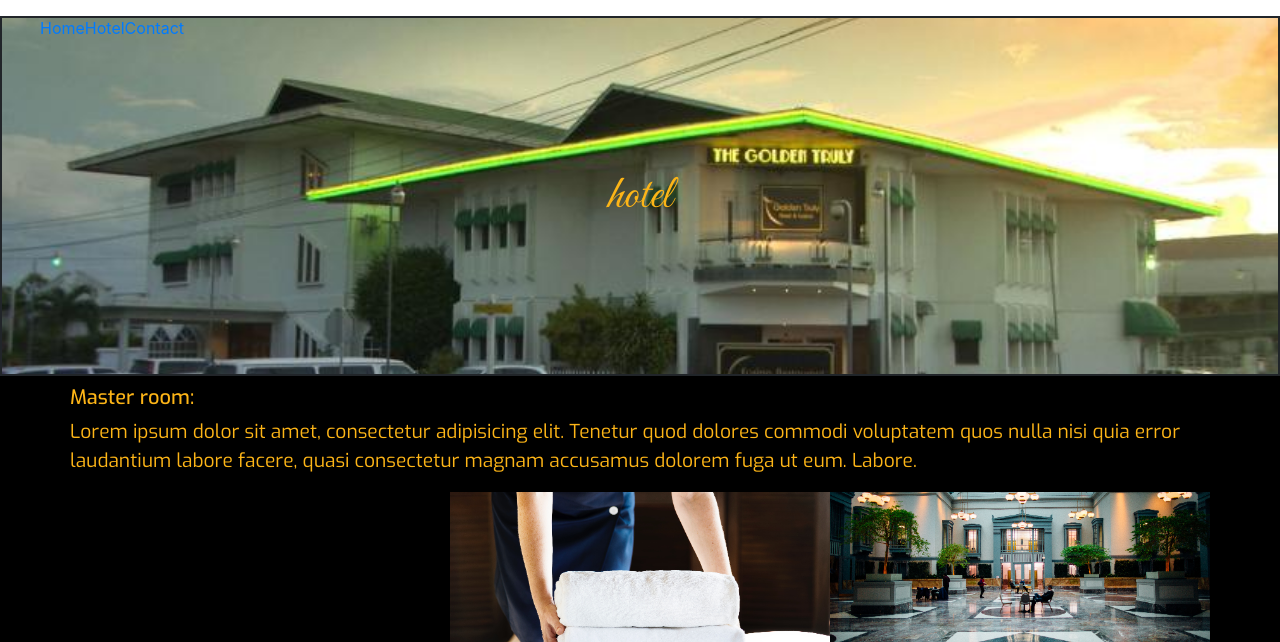
Repository: Code-Institute-Submissions/anthonycaf-Milestone1
Page: hotel.html
The author's editor kept a record of every edit. The page is drawn from the files as they stood at one moment, then again after the next edit.
The browser window is 1280 px wide. The pictures show the part of the page from y = 0 to 642 px (the page is 1242 px tall).
Pictures or frames that could not be fetched are drawn as grey boxes.

Above is the page before.

### hotel.html
<!DOCTYPE html>
<html lang="en">
<head>
    <meta charset="UTF-8">
    <meta name="viewport" content="width=device-width, initial-scale=1.0">
    <meta http-equiv="X-UA-Compatible" content="ie=edge">
    <!--             links/bootstrap/fontawsome    -->
    <link rel="stylesheet" href="https://stackpath.bootstrapcdn.com/font-awesome/4.7.0/css/font-awesome.min.css" type="text/css" />
    <link rel="stylesheet" href="https://stackpath.bootstrapcdn.com/bootstrap/4.3.1/css/bootstrap.min.css" type="text/css" />
    <!--             main/css                      -->
    <link rel="stylesheet" href="./css/style.css" type="text/css" />
    <title>Golden Truly Hotel</title>
</head>
<body>
        <header>
            <nav class="nav-bar">
                <ul class="nav-bar-menu">
                    <li class="nav-bar-item"><a href="index.html">Home</a></li>
                    <li class="nav-bar-item"><a href="hotel.html">Hotel</a></li>
                    <li class="nav-bar-item"><a href="contact.html">Contact</a></li>
                </ul>
            </nav>
             <div class="bg-image-title">
                <a href="index.html" class="img"></a>
                <h1 class="uppercase text-center" id="title">hotel</h1>
            </div>
        </header>
        <main>
       <div class="container">
           <div class="row now gutters">
               <h5 class="uppercase text-center">Master room:</h5>
               <p>Lorem ipsum dolor sit amet, consectetur adipisicing elit.
               Tenetur quod dolores commodi voluptatem quos nulla nisi quia
               error laudantium labore facere, quasi consectetur magnam accusamus
               dolorem fuga ut eum. Labore.</p>
               <div class="col-4 bg-img-size">
                <a href="index.html" class="master-img1"></a></div>
                <div class="master-img2 col-4 bg-img-size">
                 <a href="hotel.html" class="master-img2"></a></div>
                 <div class="master-img3 col-4 bg-img-size">
                  <a href="hotel.html" class=" "></a></div>
           </div>
       </div>
       <iframe src="https://www.google.com/maps/embed?pb=!1m18!1m12!1m3!1d132.6126250824891!2d-55.1378490964076!3d5.854878623899481!2m3!1f270!2f39.52737709842546!3f0!3m2!1i1024!2i768!4f35!3m3!1m2!1s0x8d083562dc0f800b%3A0x19fa7578782730f6!2sThe%20Golden%20Truly%20Hotel%20%26%20Casino!5e1!3m2!1sen!2snl!4v1567942632494!5m2!1sen!2snl"
       ></iframe>
       </main>
         <footer class="container-fluid">
    <div id="footer-details" class="row">
     <div class="col-sm-4">
      <h5 class="uppercase general-sub">Opening hours</h5>
      <p class="inline-block">
       Lorem ipsum dolor sit amet, consectetur adipisicing elit. Explicabo, fugiat.
      </p>
     </div>
     <div class="col-sm-4">
       <h5 class="uppercase general-sub"> <a href="assets/cv/sample-cv.pdf" target="_blank" class="cv-pdf">
        <i class="fa fa-map marker alt" aria-hidden="true"></i>
        <span class="sr-only">Map link.</span>
       </a>Location</h5>
       <p class="inline-block">Jozef Israelstraat 43<br>
           PO Box 13575<br>
           Paramaribo, Suriname<br>
              South America<br>
            PHONE (597) 454249<br>
              FAX (597) 457117
 </p>

     </div>
     <div class="col-sm-4">
       <h5 class="uppercase general-sub">Social</h5>
       <ul class="list-inline social-links">
           <li class="list-inline-item">
         <a href="#" target="_blank">
          <i class="fa fa-wifi" aria-hidden="true"></i>
          <span class="sr-only">wifi</span>
         </a>
        </li>
        <li class="list-inline-item">
         <a href="#" target="_blank">
          <i class="fa fa-linkedin" aria-hidden="true"></i>
          <span class="sr-only">Linkedin</span>
         </a>
        </li>

        <li class="list-inline-item">
         <a href="#" target="_blank">
          <i class="fa fa-facebook" aria-hidden="true"></i>
          <span class="sr-only">facebook</span>
         </a>
        </li>

        <li class="list-inline-item">
         <a href="#" target="_blank">
          <i class="fa fa-youtube" aria-hidden="true"></i>
          <span class="sr-only">youtube</span>
         </a>
        </li>
       </ul>
     </div>
    </div>
    </footer>


</body>
</html>

### css/style.css
 /*------------google-fonts----------*/

@import url('https://fonts.googleapis.com/css?family=Exo:100,200,300,400,500,600,700|Great+Vibes&display=swap:100,200,300,400,500,600,700');

body {
margin:0;

}
/*--------------color ---------------*/




/*------------- images --------------*/
.master-img1 {
 background-image: url(../images/master1.jpg);
}
.master-img2 {
  background-image: url(../images/housekeeping.jpg);
}
.master-img3 {
  background-image: url(../images/design-lobby-ceiling.jpg);
}
.suite-img1 {
 background-image: url(../images/suit1.jpg);
}
.suite-img2 {
 background-image: url(../images/suite2.jpg);
}
.suite-img3 {
 background-image: url(../images/suite3.jpg);
}

.bg-image-title {
   background: url("../images/golden-truly-hotel.jpg");
}
 /*------------main----------*/
 main {
     font-family: "Exo",sans-serif;
     font-size: 1.2em;
     width: 100%;
     background-color:
     #000000;
     color: #fdb517;
     margin: 0 auto;
    padding-top: 10px;

 }

 .bg-image-title {
    background-clip: border-box;
    background-position: center;
    background-repeat: no-repeat;
    background-size: cover;
    transition: all .5s ease-in-out;
    -moz-transition: all .5s ease-in-out;
    -webkit-transition: all .5s ease-in-out;
     height: 360px;
     border: 2px solid;
 }
 #title {
  color: #fdb517;
     font-family: "Great Vibes",sans-serif;
     font-size: 3em;
     text-align: center;
     padding-top: 150px;
 }
 #welcome {
   color: #fdb517;
     font-family: "Great Vibes",sans-serif;
     font-size: 2.5em;

 }
 .dl-list {
       max-width: 70%;
 }
   .section {
    padding-top: 10px;
    padding-bottom: 10px;
    margin: 0 auto;
    max-width: 70%;
   }

  /*-----------main nav-bar----------*/
#nav-bar {
  list-style-type: none;
  margin: 0;
  padding: 0;
  overflow: hidden;
  background-color: #000;
}

.nav-bar-item {
  float: left;
}

.nav-bar-item .nav-link-item {
  display: inline-block;
  color: #fdb517;
  text-align: center;
  padding: 14px 16px;
  text-decoration: none;
}

.nav-bar-item .nav-link-item:hover {
  background-color: #fdb517;
 color: #000000;
 border-radius: 3px;
 transition: all .8s ease-in-out;
}
.nav-bar-item {
  display: inline-block;
}


dd {
    color: #fafafa;
}
/*.room-services {
   margin-bottom: 0px;
    border-bottom-width: 20px;
    padding-bottom: 40px;
}
 */
 /*----------------iframe -----------*/

iframe {
 width: 100%;
 height: 360px;
 border: none;
 margin: 0;
}
 /*-----------main footer----------*/

 .container-fluid {
  background-color: #000000;
  color: #fdb517;

 }

 footer {
    background-color: #525252;
    color: #fafafa;
    min-height: 120px;
    margin: 0;
    padding: 0;
}

.social-links {
    padding-bottom: 15px;
}
.social-links li a i {
    width: 32px;
    height: 32px;
    padding: 12px 0;
    border-radius: 50%;
    font-size: 13px;
    line-height: 7px;
    text-align: center;
    color: #fafafa;
    background-color: #8f8f8f;
     transition: all 0.35s ease-in-out;
    -moz-transition: all 0.35s ease-in-out;
    -webkit-transition: all 0.35s ease-in-out;
    -o-transition: all 0.35s ease-in-out;
}
.social-links li a i:hover {
    background: #fdb517;
}
#footer-details {
    padding:20px;
}
/*-----------hotel.html----------*/
.bg-img-size {
  background-clip: border-box;
    background-position: center;
    background-repeat: no-repeat;
    background-size: cover;
  width: 33.3%;
  height: 150px;
}


/*   contact.html/form    */
.contact-heading, .contact-thanks {
    font-family: "Great Vibes", sans-serif;
    font-weight: 300;
    margin-top: 25px;
    margin-bottom: 20px;

}
form {
    padding-top: 10px;
    margin: 0 auto;
    max-width: 70%;
}
button[type="submit"] {
    margin-top: 15px;
    margin-bottom: 20px;
    color: #fdb517;
    background-color: #000000;

}
/*-------------------------------------Media queries*/

@media(min-width: 992px) {
   .center-form {
    padding-top: 30px;
    min-height: 240px;
    margin: 0 auto;
    max-width: 50%;
}
.section {
    padding-top: 30px;
    padding-bottom: 30px;
    margin: 0 auto;
    max-width: 70%;
   }
   .dl-list {
       max-width: 70%;
   }
}

After the next edit:
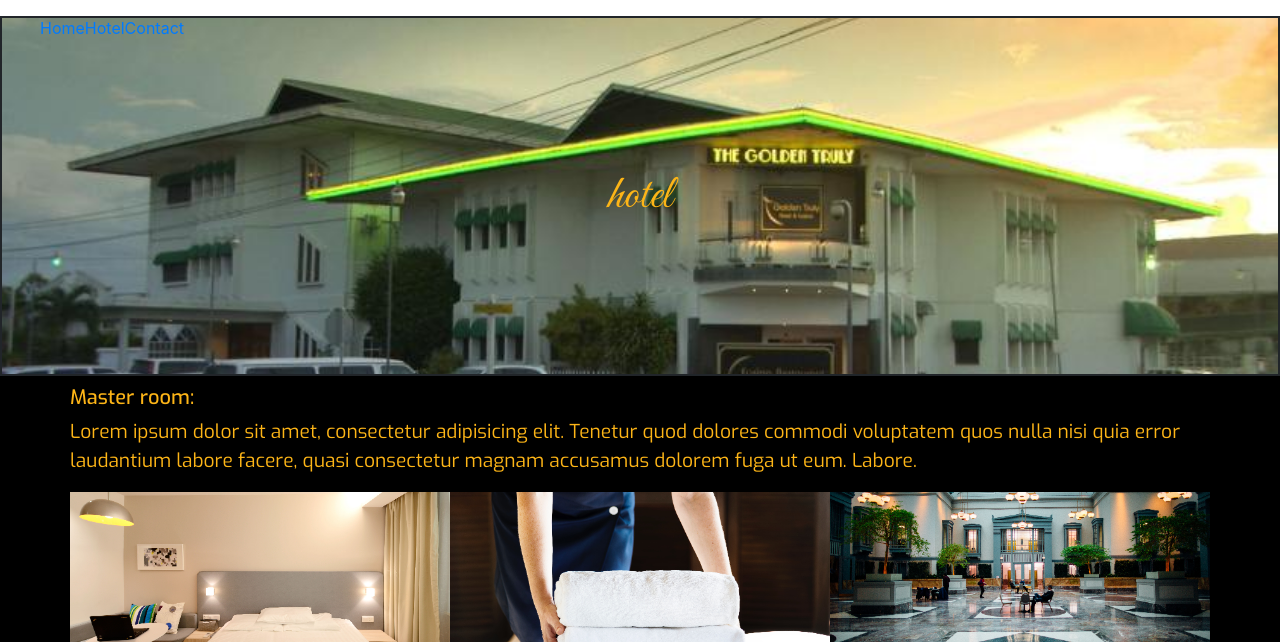
The edit:
--- a/hotel.html
+++ b/hotel.html
@@ -33,7 +33,7 @@
                Tenetur quod dolores commodi voluptatem quos nulla nisi quia
                error laudantium labore facere, quasi consectetur magnam accusamus
                dolorem fuga ut eum. Labore.</p>
-               <div class="col-4 bg-img-size">
+               <div class="master-img1 col-4 bg-img-size">
                 <a href="index.html" class="master-img1"></a></div>
                 <div class="master-img2 col-4 bg-img-size">
                  <a href="hotel.html" class="master-img2"></a></div>
